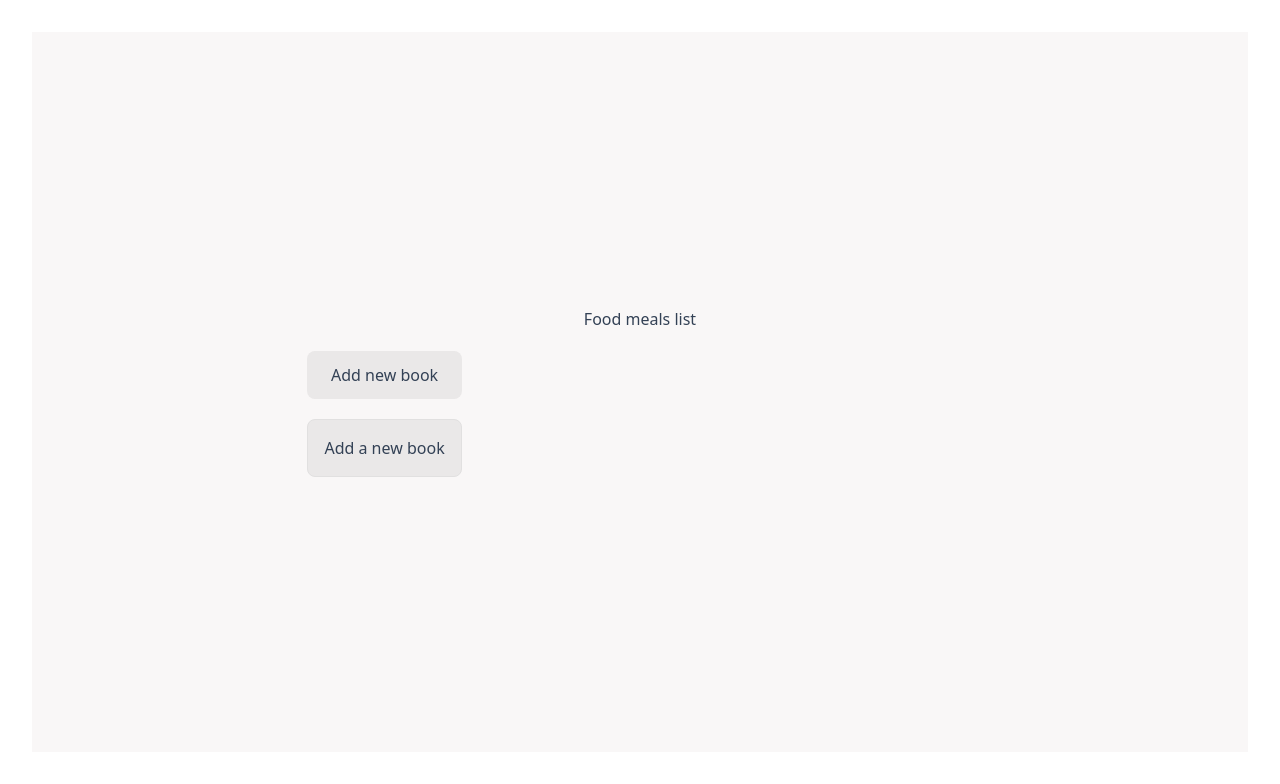
Repository: Vasil1001/fullstack-nutrition-tracker
Page: / (app in frontend/)
These files come from the project's save history. The page is drawn as it stood at one moment and after a run of saves; the edit follows.
The browser window is 1280 px wide. The pictures show the whole page.
The page's requests for data from a server got no answer. The project was rebuilt for these pictures with package versions that can differ from the ones it lists, and the page was loaded fresh each time. No one was signed in, and anything a server would have sent is missing. Also part of the build but not shown: frontend/vite.config.js, frontend/src/pages/Add.jsx, frontend/src/pages/Update.jsx.

Above is the page before, as saved 2023-05-21 19:06:43.

### frontend/src/App.jsx
import { useState } from 'react'
import reactLogo from './assets/react.svg'
import viteLogo from '/vite.svg'
import './App.css'
import { BrowserRouter, Routes, Route } from 'react-router-dom'
import Books from './pages/Books'
import Add from './pages/Add'
import Update from './pages/Update'

function App() {
  return (
    <div className="bg-[#f9f7f7]">
      <div className="max-w-screen mx-auto flex min-h-screen flex-col justify-center xl:w-10/12  ">
        <BrowserRouter>
          <Routes>
            <Route path="/" element={<Books />} />
            <Route path="/add" element={<Add />} />
            <Route path="/update" element={<Update />} />
          </Routes>
        </BrowserRouter>
      </div>
    </div>
  )
}

export default App

### frontend/src/pages/Books.jsx
import axios, { Axios } from 'axios'
import React, { useEffect, useState } from 'react'
import { Link } from 'react-router-dom'

export default function Books() {
  const [books, setBooks] = React.useState([])

  //   const fetchBooks = async () => {
  //     const response = await fetch('http://localhost:8080/books')
  //     const data = await response.json()
  //     setBooks(data)
  //     console.log(data)
  //   }

  useEffect(() => {
    async function fetchAllBooks() {
      try {
        const response = await axios.get('http://localhost:8080/books')
        setBooks(response.data)
        console.log(response)
      } catch (error) {
        console.log(error)
      }
    }
    fetchAllBooks()
  }, [])

  return (
    <div className="mx-auto items-center justify-center text-slate-700">
      <h1>Food meals list</h1>
      <div className="mx-auto grid grid-cols-4 gap-4">
        <button className="col-span-1 mt-5 rounded-lg bg-[#eae8e8] p-3  hover:bg-[#d5d5d5]">
          <Link to="/add">Add new book</Link>
        </button>
      </div>

      <div className="mx-auto mt-5 grid grid-cols-4 items-center justify-center gap-4">
        <button className="min-h-full rounded-lg border border-[#e1e0e0] bg-[#eae8e8] p-4 hover:bg-[#d5d5d5]">
          <Link to="/add">Add a new book</Link>
        </button>
        {books.map((book) => (
          <div className="flex flex-col rounded-lg border border-[#e1e0e0] bg-[#e8e8e8] p-4" key={book.id}>
            {book.cover && <img src={book.cover} alt={book.title} className="h-[250px] w-[200px] bg-emerald-400 object-cover" />}
            <h1 className="mt-2 text-lg">{book.title}</h1>
            <p>{book.desc}</p>
            <span>{book.price}</span>
            <div className="flex flex-col gap-2 mt-2">
              <button className="bg-[#f9f7f7] rounded-lg shadow-sm border hover:border-gray-300">Update</button>
              <button className="bg-[#f9f7f7] rounded-lg shadow-sm border  hover:border-red-200">Delete</button>
            </div>
          </div>
        ))}
      </div>
    </div>
  )
}

### frontend/tailwind.config.js
/** @type {import('tailwindcss').Config} */
export default {
  content: [
    "./index.html",
    "./src/**/*.{js,ts,jsx,tsx}",
  ],
  theme: {
    extend: {},
  },
  plugins: [require("tailwindcss-animate")],
}

Loaded but not shown: frontend/index.html (common file); frontend/src/main.jsx (common file); frontend/src/index.css (common file); frontend/src/App.css (common file)

After the next 8 saves:
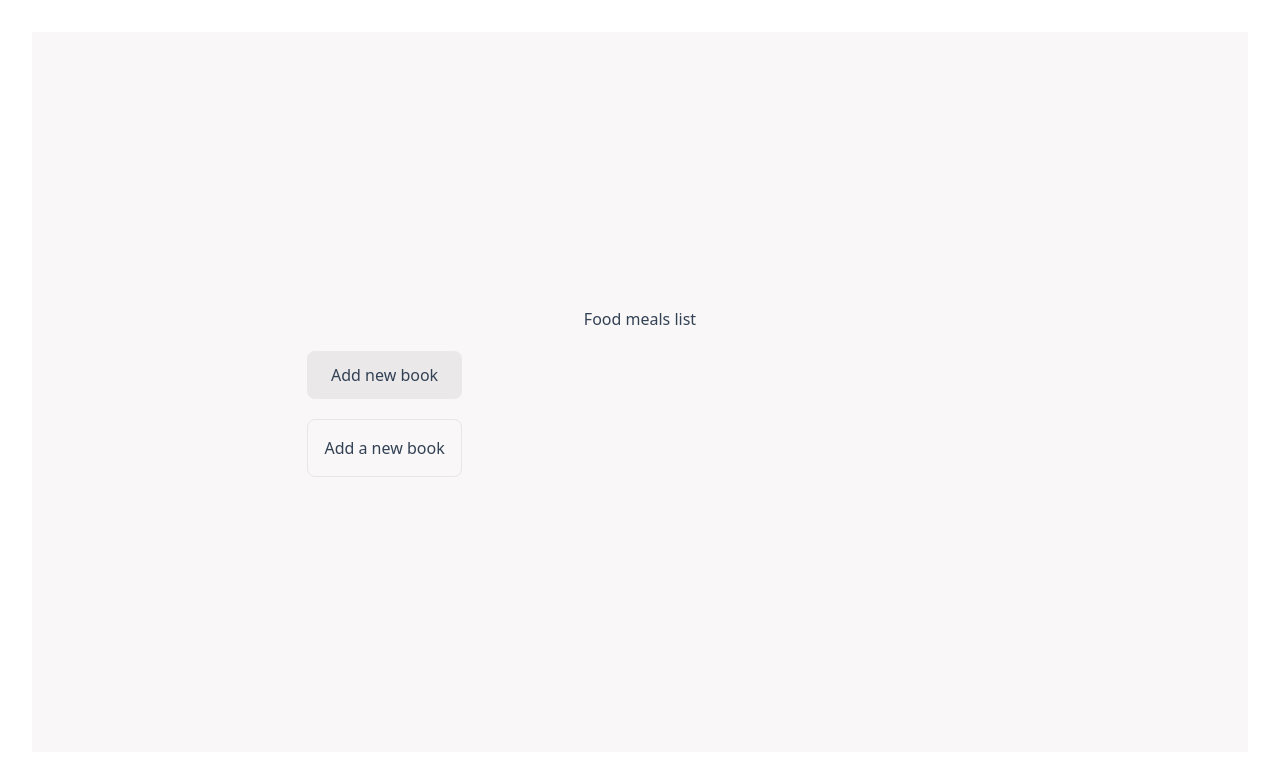
The 8 saves are shown as one change because they came seconds apart.
The last was saved 30 s later.
--- a/frontend/src/pages/Books.jsx
+++ b/frontend/src/pages/Books.jsx
@@ -35,7 +35,7 @@ export default function Books() {
       </div>
 
       <div className="mx-auto mt-5 grid grid-cols-4 items-center justify-center gap-4">
-        <button className="min-h-full rounded-lg border border-[#e1e0e0] bg-[#eae8e8] p-4 hover:bg-[#d5d5d5]">
+        <button className="min-h-full rounded-lg border border-[#e1e0e0]bg-[#eae8e8] p-4 hover:bg-[#d5d5d5]">
           <Link to="/add">Add a new book</Link>
         </button>
         {books.map((book) => (
